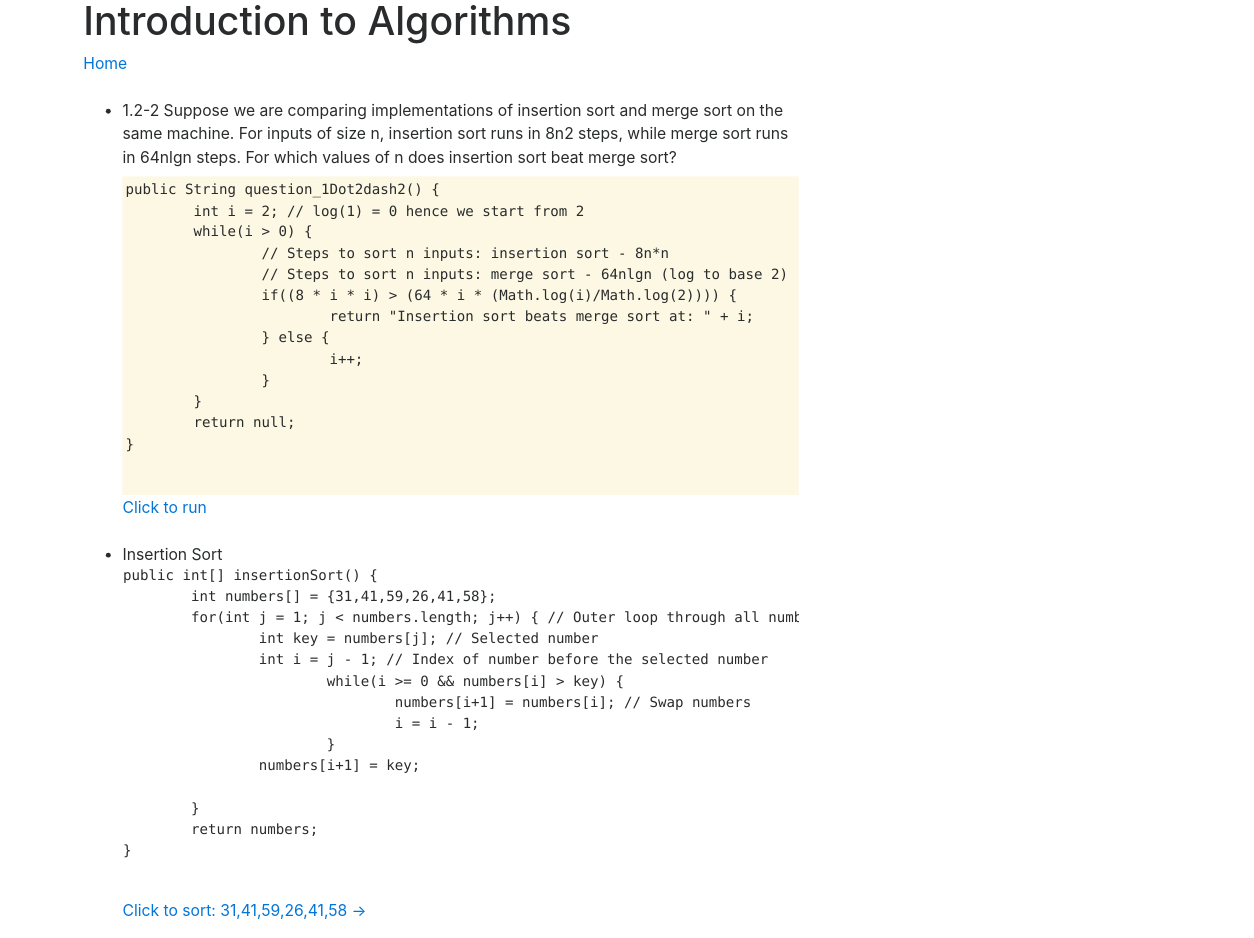
Repository: baltejas/algorithms
Page: http://localhost/algorithms/WEB-INF/views/index.jsp
An editor plug-in stored every save of this project. The page is shown before and after the next save, followed by the edit.
The browser window is 1280 px wide. The pictures show the whole page, at 98% of full size.
The page is served by Tomcat 9. Nobody is signed in. The template is opened directly, without the code that normally fills it, so the values that code supplies are empty.

Above is the page before, as saved 2017-05-07 00:45:13.

After the next save:
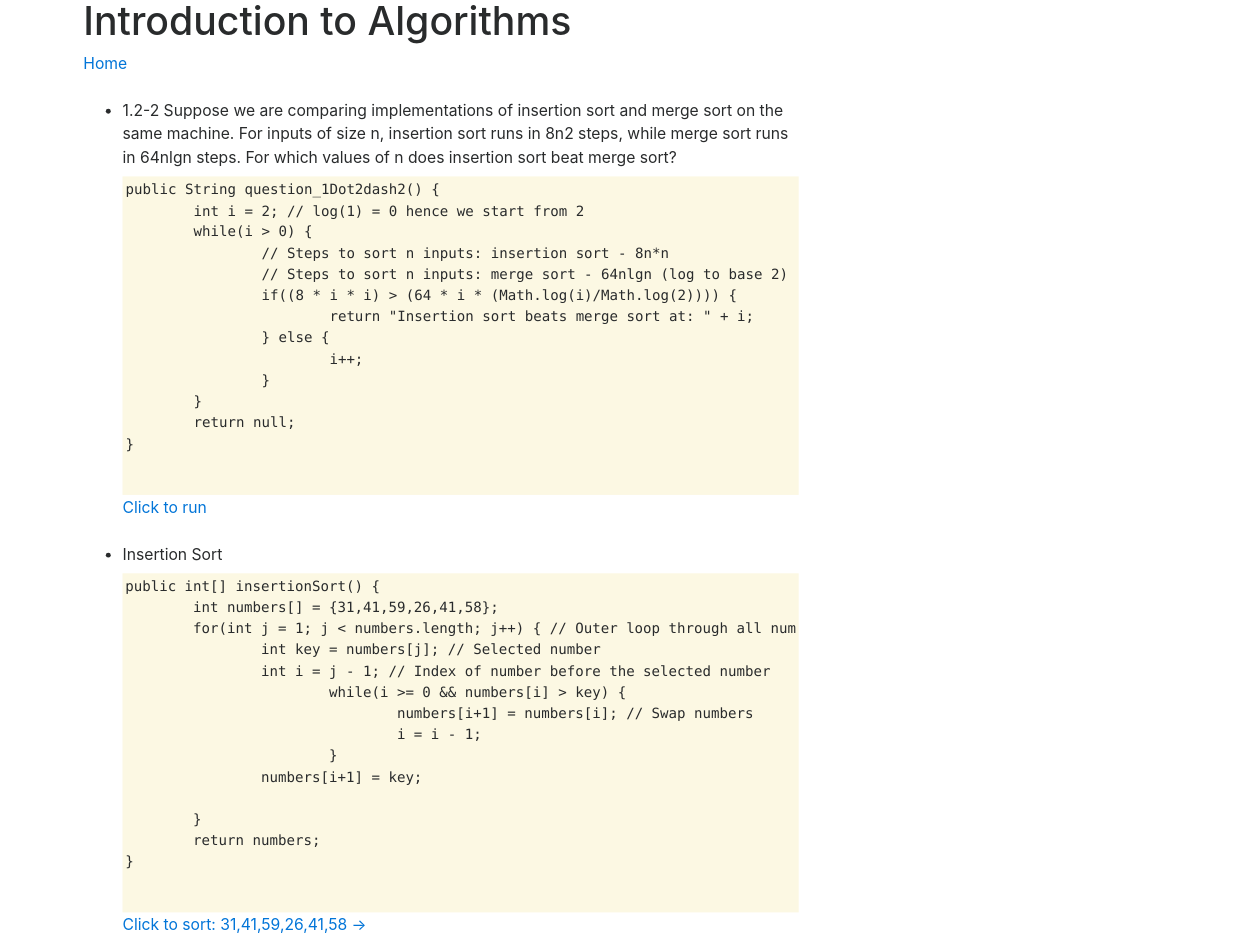
Saved 29 s later.
--- a/algorithms/src/main/webapp/WEB-INF/views/index.jsp
+++ b/algorithms/src/main/webapp/WEB-INF/views/index.jsp
@@ -32,7 +32,7 @@ public String question_1Dot2dash2() {
 						</li>
 
 						<li class="mt-4">Insertion Sort
-								<pre>
+								<div class="mt-2 mark"><pre>
 public int[] insertionSort() {
 	int numbers[] = {31,41,59,26,41,58};
 	for(int j = 1; j < numbers.length; j++) { // Outer loop through all numbers
@@ -47,7 +47,7 @@ public int[] insertionSort() {
 	}
 	return numbers;
 }
-								</pre>
+								</pre></div>
 						<a href="/algorithms/insertionSort">Click to sort: 31,41,59,26,41,58  -> </a>
 						<label>${sorted}</label>
 						</li>
